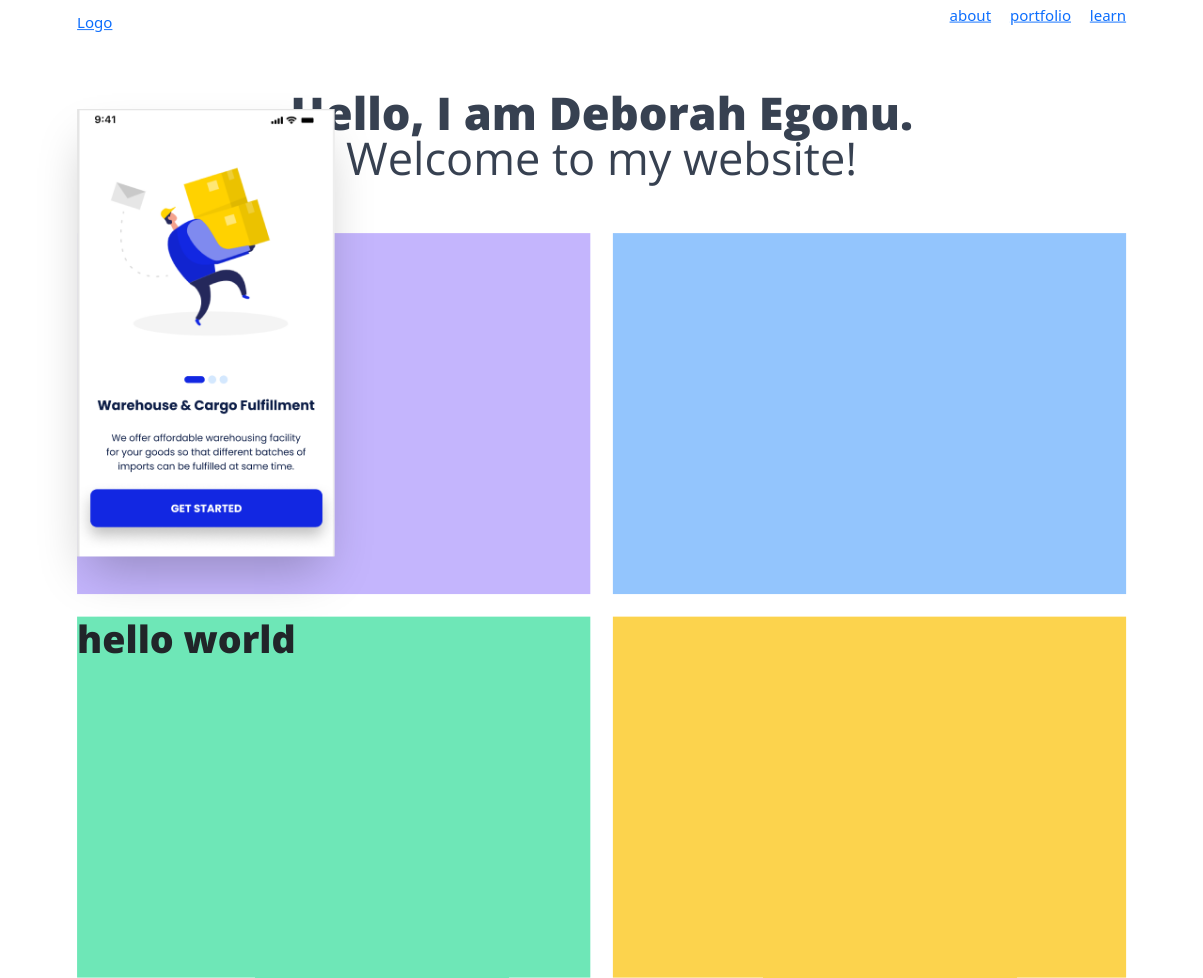
Repository: latenightsnacc/codewithdeb
Page: index.html
These files come from the project's save history. The page is drawn as it stood at one moment and after the next save; the edit follows.
The browser window is 1280 px wide. The pictures show the whole page, at 94% of full size.

Above is the page before, as saved 2021-06-07 11:02:12.

After the next save:
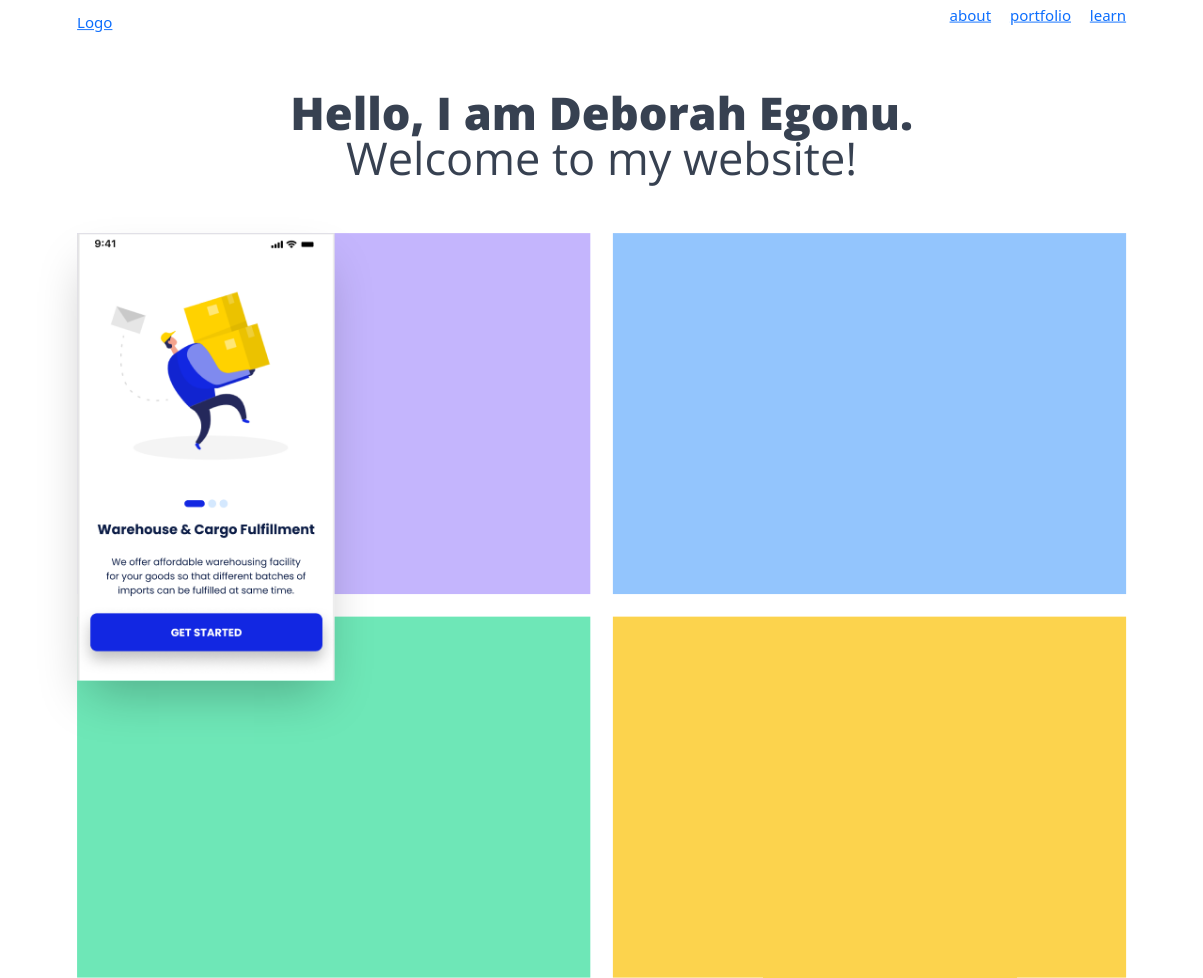
Saved 3 min 25 s later.
--- a/index.html
+++ b/index.html
@@ -56,10 +56,11 @@
         <div class="grid grid-cols-1 md:grid-cols-2 gap-4">
             <div class="bg-purple-300 relative w-100 h-96">
                 <div class="absolute bottom-10 left-0">
-                    <a href="">
-                        <img class="shadow-2xl" src="assets/d-1.PNG" alt="">
-                    </a>
+
                 </div>
+                <a href="">
+                    <img class="shadow-2xl" src="assets/d-1.PNG" alt="">
+                </a>
             </div>
             <div class="bg-blue-300"></div>
             <div class="bg-green-300 h-96">
